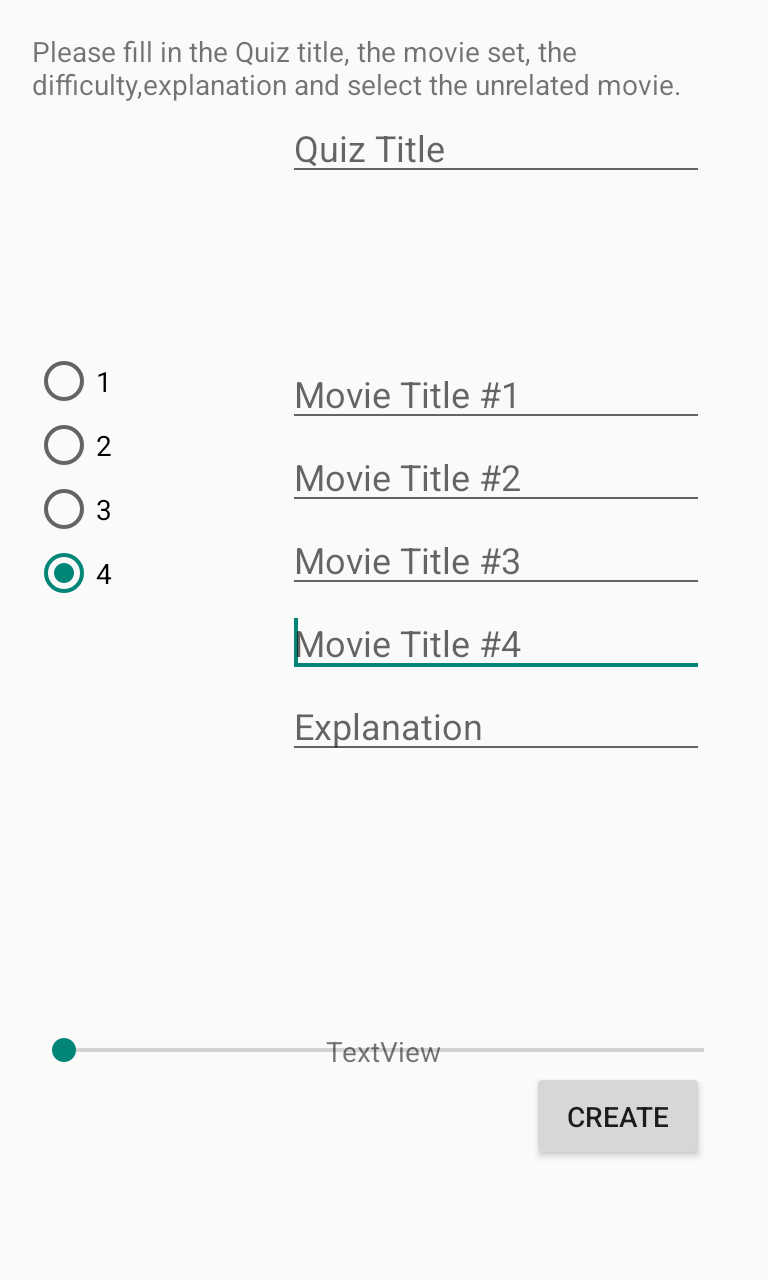
Repository: quantumlicht/android-capstone
Layout: capstone_client/res/layout/activity_create_quiz.xml
The author's editor kept a copy of each file at every save. The layout is drawn from the files as they stood at one save, then again after the next save.
It is drawn on a 768 x 1280 px phone screen (xhdpi) without system bars, with theme AppTheme; the app's code is not run.

Above is the layout before, as saved 2014-11-14 02:32:23.

### capstone_client/res/layout/activity_create_quiz.xml
<RelativeLayout xmlns:android="http://schemas.android.com/apk/res/android"
    xmlns:tools="http://schemas.android.com/tools"
    android:layout_width="match_parent"
    android:layout_height="match_parent"
    android:layout_centerHorizontal="true"
    android:gravity="start"
    android:paddingBottom="@dimen/activity_vertical_margin"
    android:paddingLeft="@dimen/activity_horizontal_margin"
    android:paddingRight="@dimen/activity_horizontal_margin"
    android:paddingTop="@dimen/activity_vertical_margin"
    tools:context="guay.philippe.capstone.CreateQuizActivity" >

    <TextView
        android:id="@+id/textView1"
        android:layout_width="wrap_content"
        android:layout_height="wrap_content"
        android:text="Please fill in the Quiz title, the movie set, the difficulty,explanation and select the unrelated movie." />

    <Button
        android:id="@+id/submit_create"
        android:layout_width="wrap_content"
        android:layout_height="wrap_content"
        android:layout_alignParentBottom="true"
        android:layout_alignRight="@+id/explanation"
        android:layout_marginBottom="42dp"
        android:text="Create" />

    <EditText
        android:id="@+id/movie4"
        android:layout_width="wrap_content"
        android:layout_height="wrap_content"
        android:layout_alignLeft="@+id/movie3"
        android:layout_centerVertical="true"
        android:ems="10"
        android:hint="Movie Title #4" >

        <requestFocus />
    </EditText>

    <EditText
        android:id="@+id/movie3"
        android:layout_width="wrap_content"
        android:layout_height="wrap_content"
        android:layout_above="@+id/movie4"
        android:layout_alignLeft="@+id/movie2"
        android:ems="10"
        android:hint="Movie Title #3" />

    <EditText
        android:id="@+id/movie2"
        android:layout_width="wrap_content"
        android:layout_height="wrap_content"
        android:layout_above="@+id/movie3"
        android:layout_alignRight="@+id/textView1"
        android:layout_marginRight="15dp"
        android:ems="10"
        android:hint="Movie Title #2" />

    <EditText
        android:id="@+id/movie1"
        android:layout_width="wrap_content"
        android:layout_height="wrap_content"
        android:layout_above="@+id/movie2"
        android:layout_alignLeft="@+id/movie2"
        android:ems="10"
        android:hint="Movie Title #1" />

    <EditText
        android:id="@+id/quiz_title"
        android:layout_width="wrap_content"
        android:layout_height="wrap_content"
        android:layout_alignLeft="@+id/movie1"
        android:layout_below="@+id/textView1"
        android:ems="10"
        android:hint="Quiz Title" />

    <RadioGroup
        android:id="@+id/unrelated_movie"
        android:layout_width="wrap_content"
        android:layout_height="wrap_content"
        android:layout_alignLeft="@+id/difficulty"
        android:layout_alignTop="@+id/movie1"
        android:gravity="clip_vertical"
        android:orientation="vertical" >

        <RadioButton
            android:id="@+id/radio1"
            android:layout_width="wrap_content"
            android:layout_height="wrap_content"
            android:text="1" />

        <RadioButton
            android:id="@+id/radio2"
            android:layout_width="wrap_content"
            android:layout_height="wrap_content"
            android:text="2" />

        <RadioButton
            android:id="@+id/radio3"
            android:layout_width="wrap_content"
            android:layout_height="wrap_content"
            android:checked="true"
            android:text="3" />

        <RadioButton
            android:id="@+id/radio4"
            android:layout_width="wrap_content"
            android:layout_height="wrap_content"
            android:checked="true"
            android:text="4" />
    </RadioGroup>

    <SeekBar
        android:id="@+id/difficulty"
        android:layout_width="match_parent"
        android:layout_height="wrap_content"
        android:layout_above="@+id/submit_create"
        android:layout_alignLeft="@+id/textView1" />

    <EditText
        android:id="@+id/explanation"
        android:layout_width="wrap_content"
        android:layout_height="wrap_content"
        android:layout_alignLeft="@+id/movie4"
        android:layout_below="@+id/movie4"
        android:ems="10"
        android:hint="Explanation" />

    <TextView
        android:id="@+id/seekBarValue"
        android:layout_width="wrap_content"
        android:layout_height="wrap_content"
        android:layout_alignTop="@+id/difficulty"
        android:layout_centerHorizontal="true"
        android:text="TextView" />

</RelativeLayout>

### capstone_client/res/values/styles.xml
<resources>

    <!--
        Base application theme, dependent on API level. This theme is replaced
        by AppBaseTheme from res/values-vXX/styles.xml on newer devices.
    -->
    <style name="AppBaseTheme" parent="Theme.AppCompat.Light">
        <!--
            Theme customizations available in newer API levels can go in
            res/values-vXX/styles.xml, while customizations related to
            backward-compatibility can go here.
        -->
    </style>

    <!-- Application theme. -->
    <style name="AppTheme" parent="AppBaseTheme">
        <!-- All customizations that are NOT specific to a particular API-level can go here. -->
    </style>

    <declare-styleable name="FragmentArguments">
    	<attr name="android:label" />
	</declare-styleable>

</resources>

Loaded but not shown: capstone_client/res/values-v11/styles.xml (common file); capstone_client/res/values-v14/styles.xml (common file); capstone_client/res/values/dimens.xml (common file); capstone_client/res/values-w820dp/dimens.xml (common file)

After the next save:
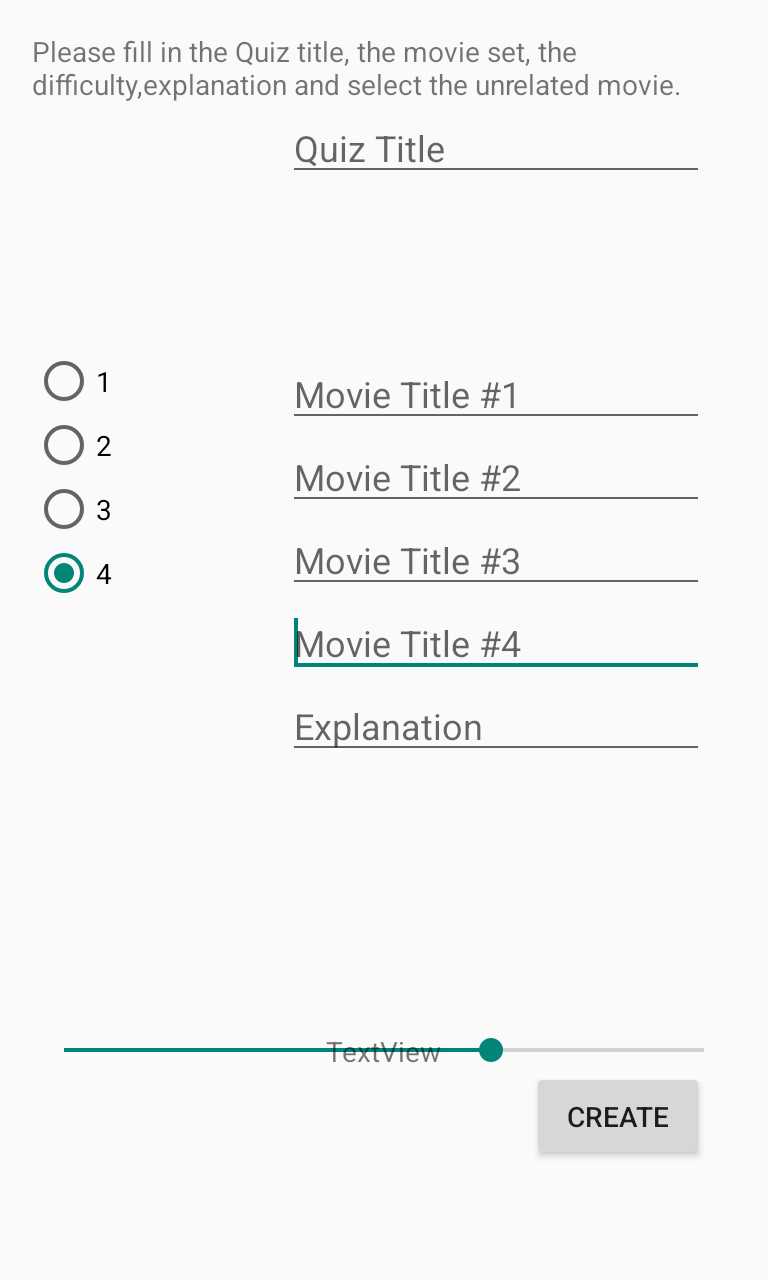
Saved 9 min 38 s later.
--- a/capstone_client/res/layout/activity_create_quiz.xml
+++ b/capstone_client/res/layout/activity_create_quiz.xml
@@ -115,7 +115,10 @@
         android:layout_width="match_parent"
         android:layout_height="wrap_content"
         android:layout_above="@+id/submit_create"
-        android:layout_alignLeft="@+id/textView1" />
+        android:layout_alignLeft="@+id/textView1"
+        android:contentDescription="Difficulty"
+        android:max="3"
+        android:progress="2" />
 
     <EditText
         android:id="@+id/explanation"
